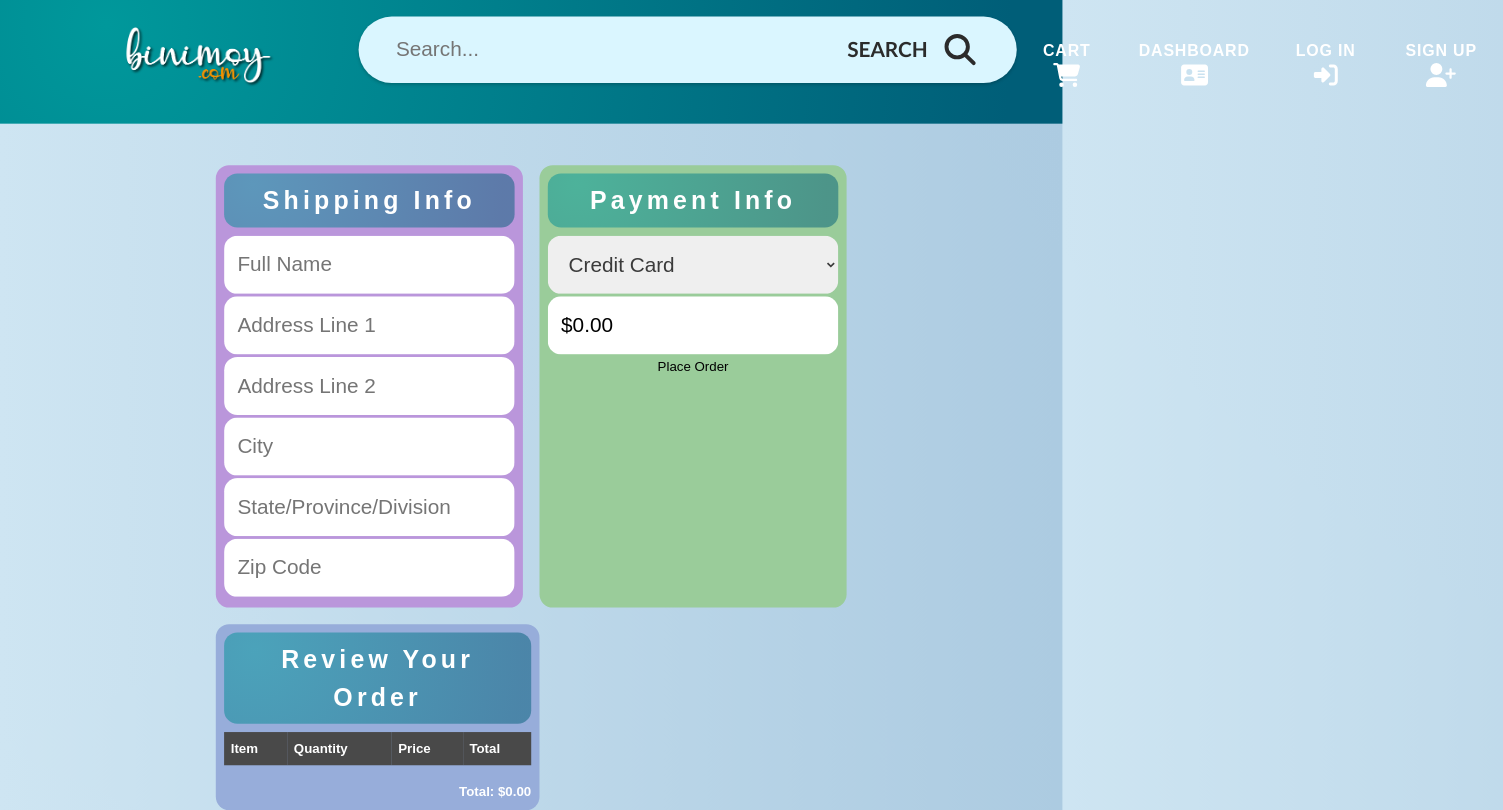
Repository: Shadman2024/2_1_DatabaseProject
Page: /checkout (app in frontend/)
The author's editor kept a copy of each file at every save. The page is drawn from the files as they stood at one save, then again after a run of saves.
The browser window is 1280 px wide. The page is 1811 px wide, so the pictures cover 1811 px, including what lies to the right of the window. The pictures show the whole page, at 83% of full size.
Some web libraries are served in a nearby version. The project was rebuilt for these pictures with package versions that can differ from the ones it lists, and the page was loaded fresh each time. Also part of the build but not shown: frontend/src/App.css, frontend/src/signUp/signup.js, frontend/src/logIn/login.js, frontend/src/Home/home.module.css, frontend/src/Home/hero.js, frontend/src/Home/hero2.js, frontend/src/Home/hero3.js, frontend/src/Home/smallcategory.module.css and 31 more.

Above is the page before, as saved 2024-03-08 15:34:18.

After the next 2 saves:
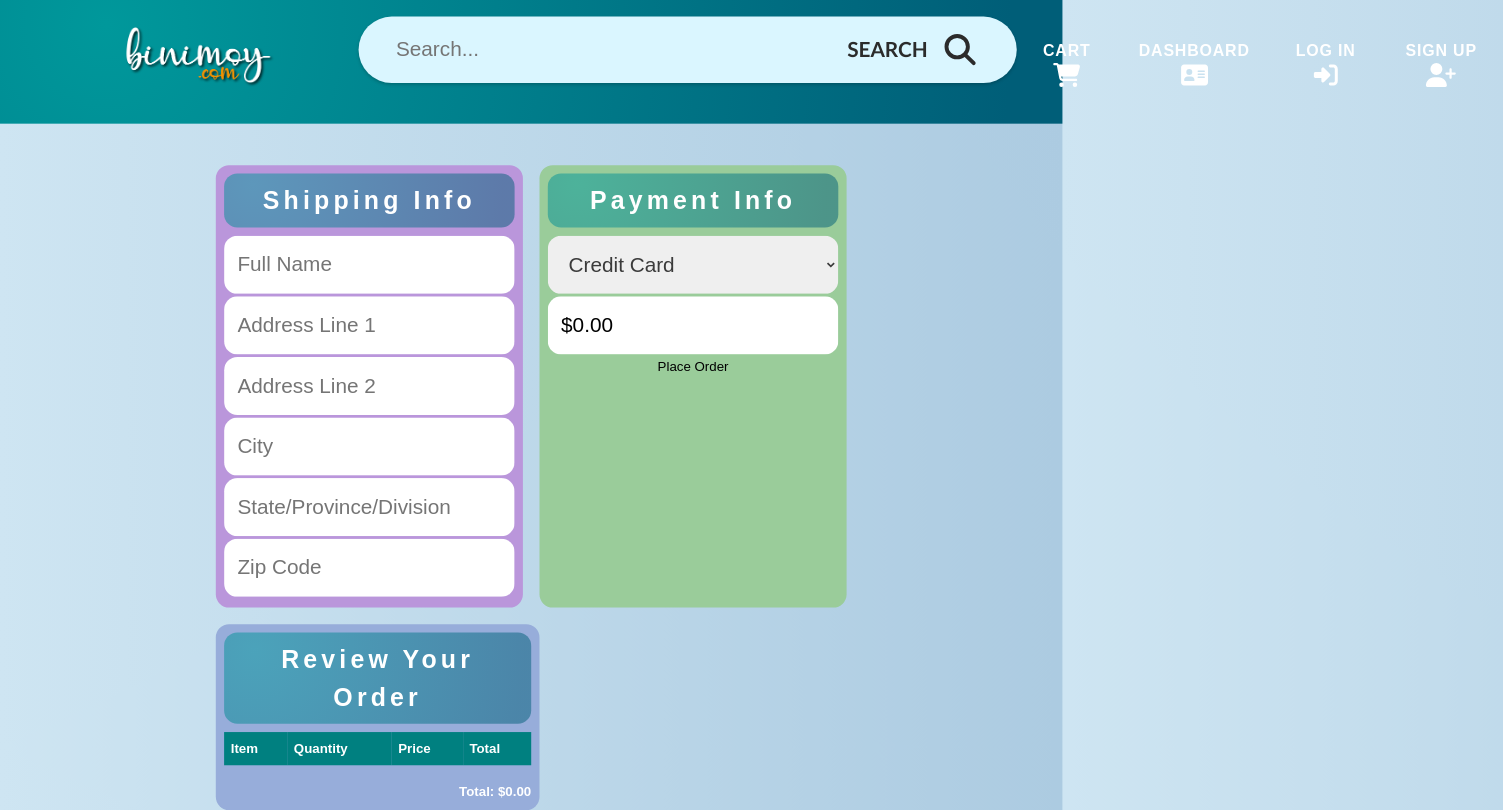
The 2 saves are shown as one change because they came seconds apart.
The last was saved 6 s later.
--- a/frontend/src/checkout/checkout.module.css
+++ b/frontend/src/checkout/checkout.module.css
@@ -120,7 +120,7 @@ input[type="text"]:focus {
   }
 
   .reviewTable th {
-    background-color: #494949;
+    background-color: teal;
   }
 
   .reviewTable tr:hover {
